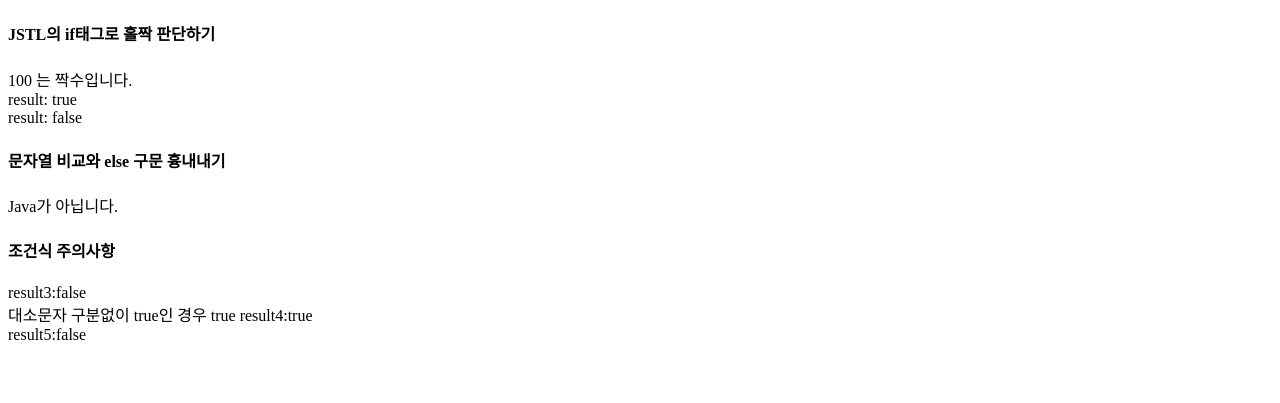
Repository: ssing365/JSPStudy
Page: http://localhost/JSPServlet/11JSTL/core/if.jsp
The author's editor kept a copy of each file at every save. The page is drawn from the files as they stood at one save, then again after the next save.
The browser window is 1280 px wide. The pictures show the whole page.
The page is served by Tomcat 10. Other server files are loaded and not shown.

Above is the page before, as saved 2024-11-06 06:13:56.

### JSPServlet/src/main/webapp/11JSTL/core/if.jsp
<%@ page language="java" contentType="text/html; charset=UTF-8"
	pageEncoding="UTF-8"%>
<%@ taglib prefix="c" uri="jakarta.tags.core"%>
<!DOCTYPE html>
<html>
<head>
<meta charset="UTF-8">
<title>JSTL - if</title>
</head>
<body>
<!-- if 태그 : 조건을 확인해 실행여부 판단
속성
	test : EL을 이용해 조건식을 삽입한다.
	var : test속성에서 판단한 결과값을 저장한다.
-->
	<!-- 변수선언 -->
	<c:set var="number" value="100"></c:set>
	<c:set var="number2" value="101"></c:set>
	<c:set var="string" value="JSP"></c:set>

	<h4>JSTL의 if태그로 홀짝 판단하기</h4>
	<c:if test="${number mod 2 eq 0 }" var="result">
		${number} 는 짝수입니다.<br />
	</c:if>
	result: ${result }
	<br />
	<c:if test="${number2 mod 2 eq 0 }" var="result2">
		${number2} 는 홀수입니다.<br />
	</c:if>
	result: ${result2 }
	<br />

	<h4>문자열 비교와 else 구문 흉내내기</h4>
	<c:if test="${string eq 'Java' }" var="result2"> 문자열은 Java입니다.</c:if>
	<c:if test="${not result2 }">
	Java가 아닙니다. <br />
	</c:if>

	<h4>조건식 주의사항</h4>
	<c:if test="100" var="result3">EL이 아닌 정수를 지정하면 false</c:if>
	result3:${result3}
	<br />
	<c:if test="tRuE" var="result4">대소문자 구분없이 true인 경우 true</c:if>
	result4:${result4}
	<br />
	<c:if test="${true} " var="result5">EL 양쪽에 공백 있는 경우 false</c:if>
	result5:${result5}
	<br />

</body>
</html>

After the next save:
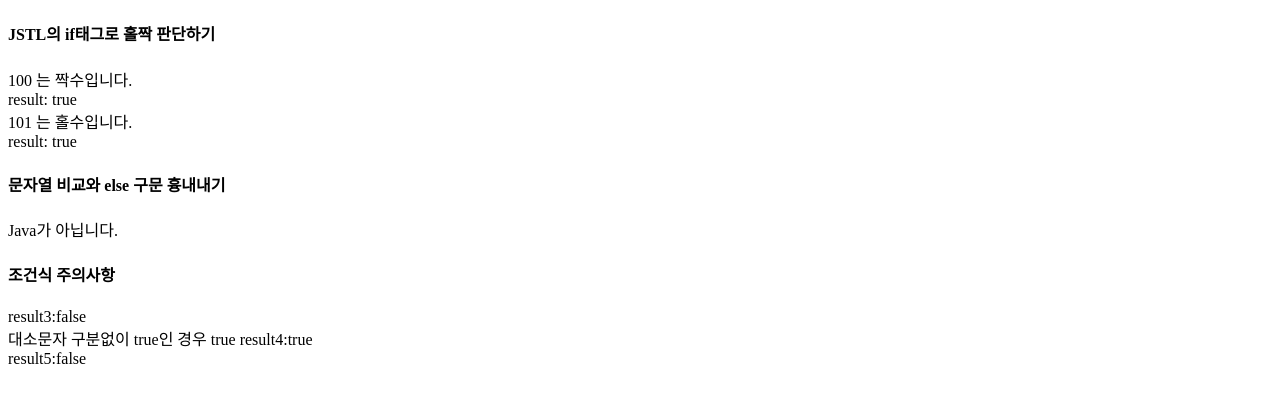
Saved 29 s later.
--- a/JSPServlet/src/main/webapp/11JSTL/core/if.jsp
+++ b/JSPServlet/src/main/webapp/11JSTL/core/if.jsp
@@ -24,7 +24,7 @@
 	</c:if>
 	result: ${result }
 	<br />
-	<c:if test="${number2 mod 2 eq 0 }" var="result2">
+	<c:if test="${number2 mod 2 eq 1 }" var="result2">
 		${number2} 는 홀수입니다.<br />
 	</c:if>
 	result: ${result2 }

After the save that followed:
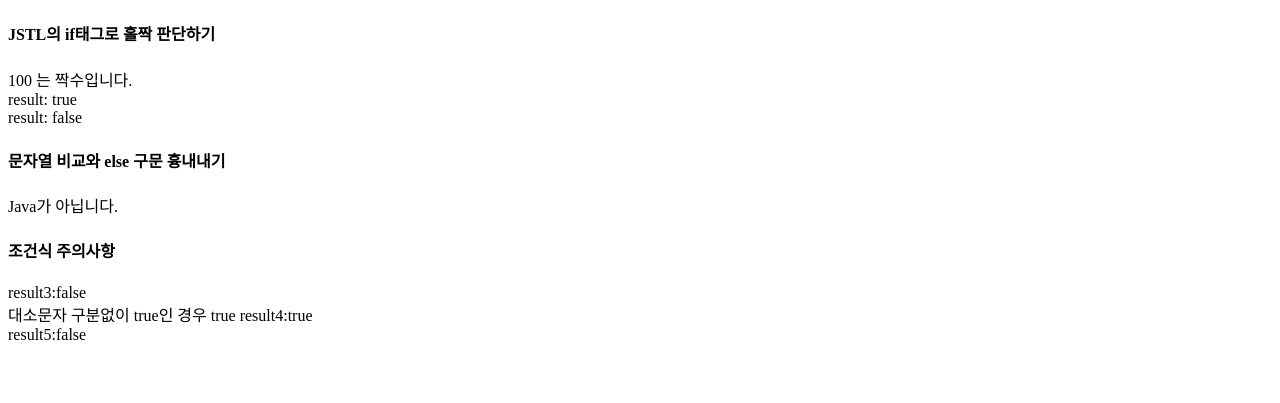
Saved 33 s later.
--- a/JSPServlet/src/main/webapp/11JSTL/core/if.jsp
+++ b/JSPServlet/src/main/webapp/11JSTL/core/if.jsp
@@ -15,7 +15,7 @@
 -->
 	<!-- 변수선언 -->
 	<c:set var="number" value="100"></c:set>
-	<c:set var="number2" value="101"></c:set>
+	<c:set var="number2" value="100"></c:set>
 	<c:set var="string" value="JSP"></c:set>
 
 	<h4>JSTL의 if태그로 홀짝 판단하기</h4>
